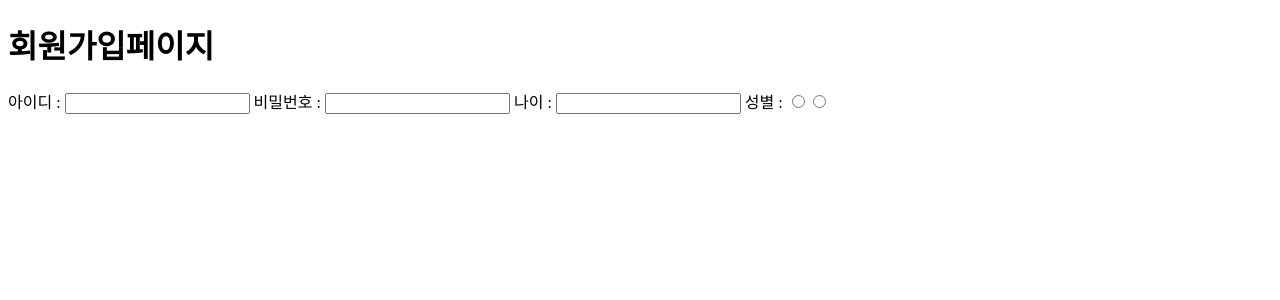
Repository: emthrology/servertest
Page: http://localhost/practices/views/member/join.jsp
The author's editor kept a copy of each file at every save. The page is drawn from the files as they stood at one save, then again after the next save.
The browser window is 1280 px wide. The pictures show the whole page.
The page is served by Tomcat 9.

Above is the page before, as saved 2019-05-17 01:58:57.

After the next save:
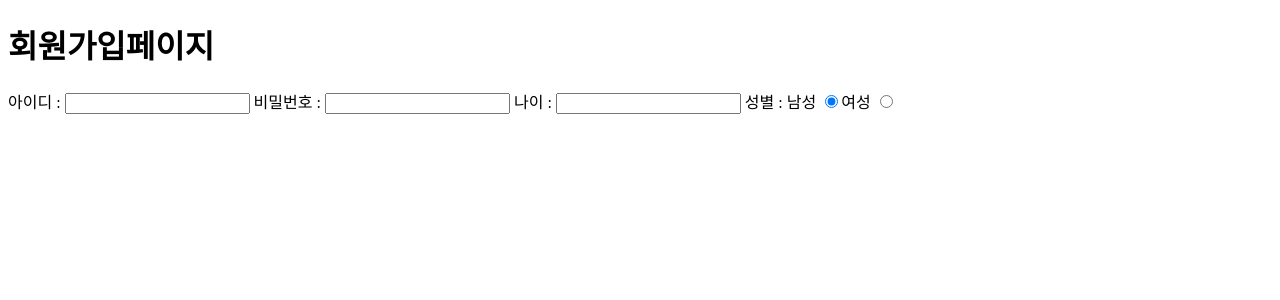
Saved 4 min 19 s later.
--- a/apache/practices/WebContent/views/member/join.jsp
+++ b/apache/practices/WebContent/views/member/join.jsp
@@ -12,7 +12,7 @@
 		아이디 : <input type="text" name="memberId">
 		비밀번호 : <input type="text" name="memberPw">
 		나이 : <input type="text" name="age">
-		성별 : <label for="sex"><input type="radio" name="sex" class="sex" value="남자"><input type="radio" name="sex" class="sex" value="여자"</label>
+		성별 : 남성 <input type="radio" name="sex" value="1" checked >여성 <input type="radio" name="sex" value="2" >
 	</form>
 </body>
 </html>
